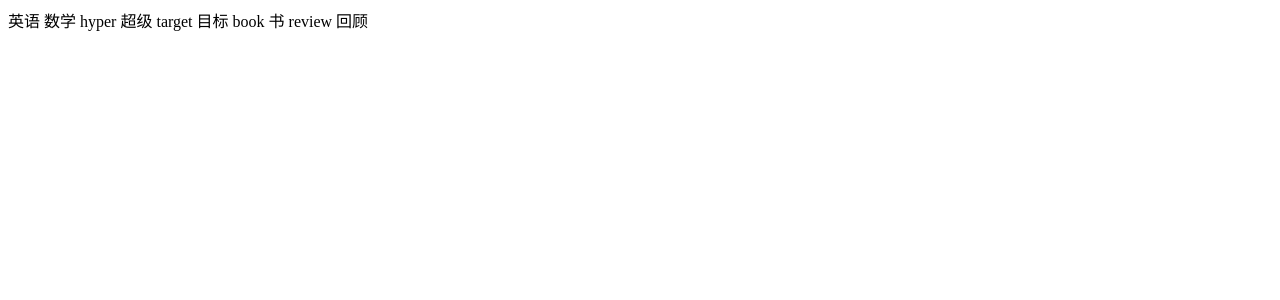
Repository: Lixianlai-2/html-demo-1
Page: table.html
These files come from the project's save history. The page is drawn as it stood at one moment and after the next save; the edit follows.
The browser window is 1280 px wide. The pictures show the whole page.

Above is the page before, as saved 2021-11-27 14:00:28.

### table.html
<!DOCTYPE html>
<html lang="en">
  <head>
    <meta charset="UTF-8" />
    <meta http-equiv="X-UA-Compatible" content="IE=edge" />
    <meta name="viewport" content="width=device-width, initial-scale=1.0" />
    <title>Document</title>
  </head>
  <body>
    <thead>
        <tr>
          <th>英语</th>
          <th>数学</th>
        </tr>
      </thead>
      <tbody>
        <tr>
          <td>hyper</td>
          <td>超级</td>
        </tr>
        <tr>
          <td>target</td>
          <td>目标</td>
        </tr>
        <tr>
          <td>book</td>
          <td>书</td>
        </tr>
      </tbody>
      <tfoot>
        <tr>
          <td>review</td>
          <td>回顾</td>
        </tr>
      </tfoot>
    </table>
  </body>
</html>

After the next save:
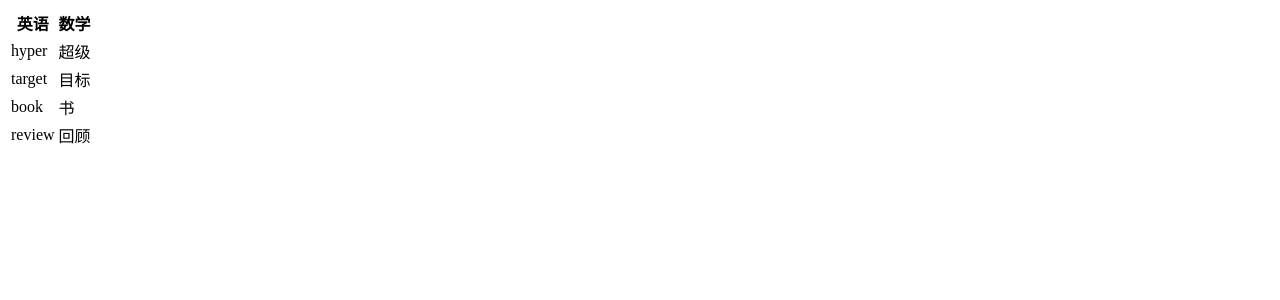
Saved 16 s later.
--- a/table.html
+++ b/table.html
@@ -7,7 +7,8 @@
     <title>Document</title>
   </head>
   <body>
-    <thead>
+    <table>
+      <thead>
         <tr>
           <th>英语</th>
           <th>数学</th>
